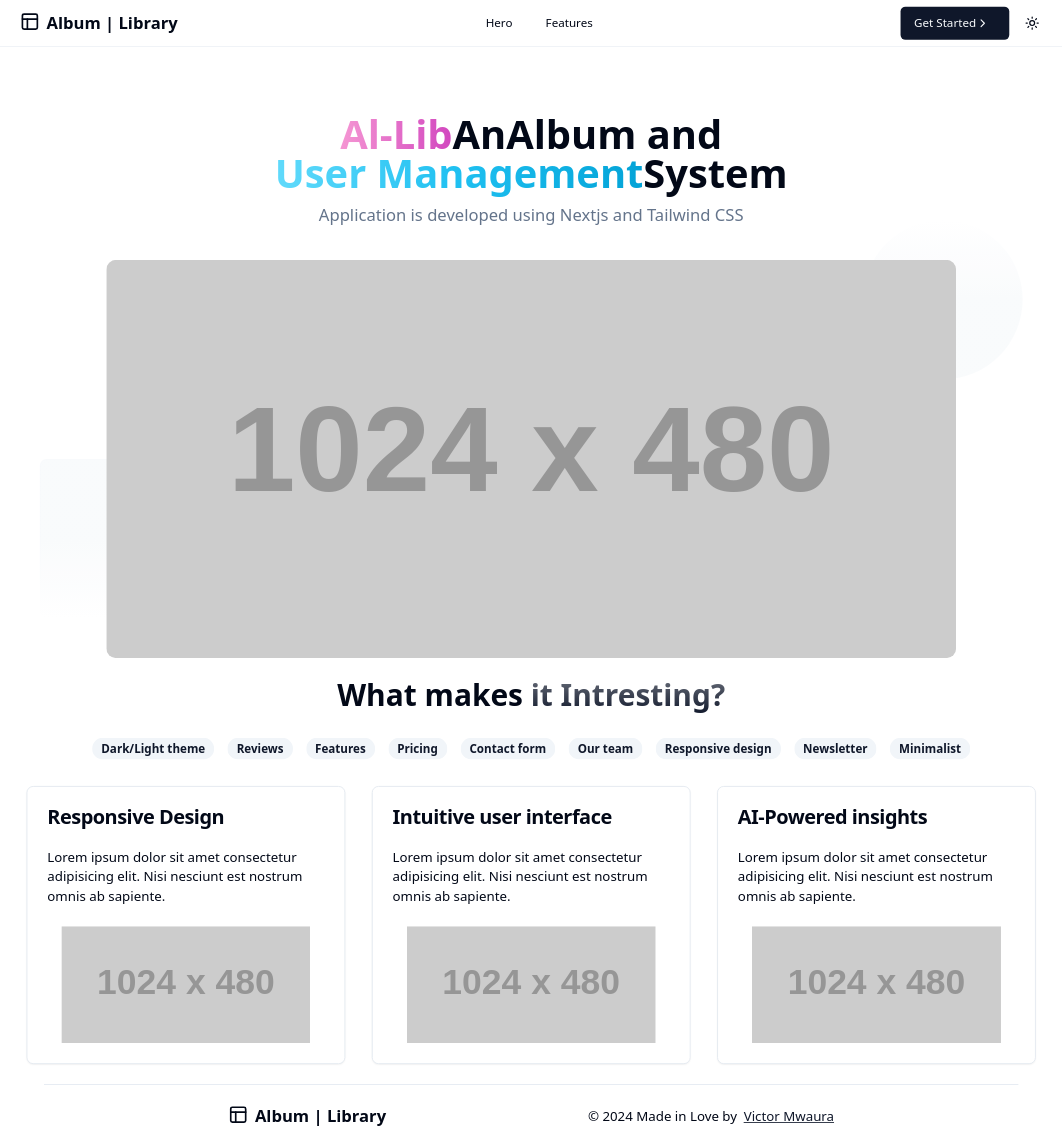
Repository: DevLaukey/savannah-informatics-test
Page: /
These files come from the project's save history. The page is drawn as it stood at one moment and after the next save; the edit follows.
The browser window is 1280 px wide. The pictures show the whole page, at 83% of full size.
The page's requests for data from a server got no answer. The project was rebuilt for these pictures with package versions that can differ from the ones it lists, and the page was loaded fresh each time. Some packages were replaced by stand-ins written for this rebuild. The framework's server and built-in components were replaced by stand-ins that run in the browser. No one was signed in, and anything a server would have sent is missing. Also part of the build but not shown: next.config.mjs, components/Albums/Albums.jsx.

Above is the page before, as saved 2024-06-05 09:40:32.

After the next save:
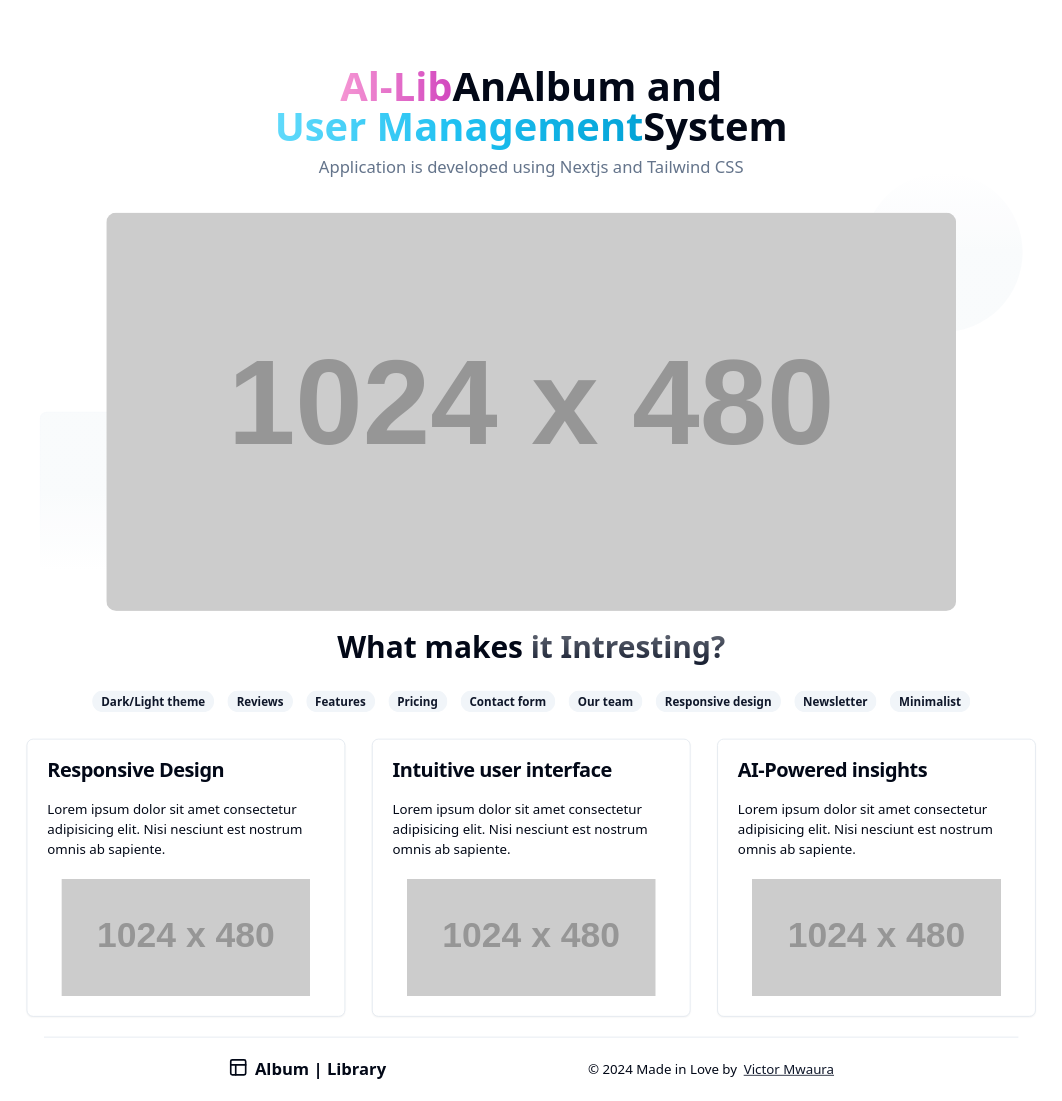
Saved 93 s later.
--- a/app/page.jsx
+++ b/app/page.jsx
@@ -16,11 +16,14 @@ export default async function Home() {
     <div>
       {user ? (
         // if the user is not empty, show the dashboard
+        <>
+
+        <Navbar />
         <Albums />
+        </>
       ) : (
         // if the user is empty, show the landing page
         <>
-          <Navbar />
           <Hero />
           <About />
           <Footer />
